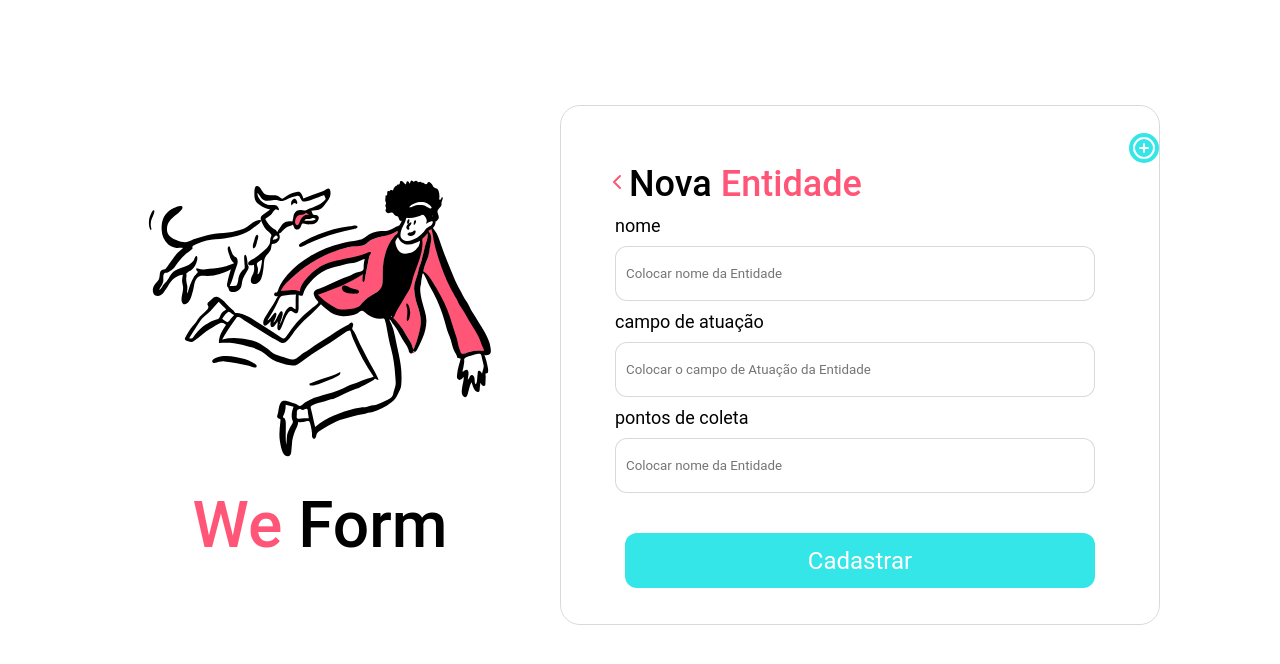
Repository: guilhermecardoso93/we-form
Page: nova-entidade.html
An editor plug-in stored every save of this project. The page is shown before and after the next save, followed by the edit.
The browser window is 1280 px wide. The pictures show the whole page.
Some web libraries are served in a nearby version.

Above is the page before, as saved 2024-06-09 18:27:50.

### nova-entidade.html
<!DOCTYPE html>
<html lang="pt-BR">

    <head>
        <meta charset="UTF-8">
        <meta name="viewport" content="width=device-width, initial-scale=1.0">
        <link rel="stylesheet"
            href="https://cdnjs.cloudflare.com/ajax/libs/font-awesome/5.13.1/css/all.min.css">
        <link rel="stylesheet" href="./styles.css">
        <title>We Form</title>
    </head>

    <body>
        <div class="content">

            <aside>
                <img src="./assets/hero.svg"
                    alt="Ilustração mulher com cachorro" />
                <h1>
                    <span>We</span> Form
                </h1>
            </aside>

            <main>
                <div class="header">
                    <a href="/">
                        <img src="./assets/arrow-back.svg" alt="seta" />
                        </a href="/">
                        <h2>Nova <span>Entidade</span></h2>
                    </div>

                    <form>
                        <label form="nome">Nome</label>
                        <input type="text"
                            placeholder="Colocar nome da Entidade" id="nome">

                        <label form="field">Campo de Atuação</label>
                        <input type="text"
                            placeholder="Colocar o campo de Atuação da Entidade"
                            id="field">

                        <div>
                            <label form="points">Pontos de coleta</label>
                            <div class="points-things">
                                <input type="text"
                                    placeholder="Colocar nome da Entidade"
                                    id="points">
                                <button>
                                    <img src="./assets/plus.svg" alt />
                                </button>
                            </div>

                        </div>
                    </form>
                    <div class="buttons">
                        <button>
                            <a href="http://">Cadastrar </a>
                        </div>

                    </main>
                </div>
            </body>

        </html>

### styles.css
* {
  padding: 0;
  margin: 0;
  box-sizing: border-box;
  font-family: Roboto, sans-serif;
}

:root {
  font-size: 62.5%;
  --border-color: .1rem solid rgba(0, 0, 0, 0.15);
}

body {
  font-size: 1.6rem;
  text-decoration: none;
}

.content {
  display: flex;
  flex-wrap: wrap-reverse;
  align-items: center;
  justify-content: center;
  gap: 4rem;
  margin: 10.5rem 0 4rem 0;
}


aside {
  display: flex;
  flex-direction: column;
  align-items: center;
  justify-content: center;
  gap: 2rem;
}

aside h1 {
  font-size: 6.4rem;
  font-weight: 500;
  line-height: 75px;
}

aside h1>span, main h2>span {
  color: #FF5678;
}

aside img {
  width: 40rem;
}


main {
  width: 60rem;
  height: 52rem;
  border: var(--border-color);
  border-radius: 20px;
  padding: 5.7rem 4.4rem;
  position: relative;
}

main h2 {
  max-width: 43rem;
  font-size: 3.6rem;
  font-weight: 500;
}

.buttons {
  display: flex;
  flex-direction: column;
  justify-content: center;
  gap: 3.5rem;
  margin: 2rem;
}


.buttons button {
  background-color: #35e6e9;
  height: 5.5rem;
  border: none;
  border-radius: 12px;
}

.buttons button:hover {
  opacity: 0.5;
}

.buttons button a {
  text-decoration: none;
  color: #fff;
  font-size: 2.4rem;
}

.buttons button+button {
  background-color: #FF5678;
}

.footer {
  display: flex;
  flex-direction: column;
  align-items: center;
  justify-content: center;
  gap: 1rem;
}

.footer p {
  font-size: 1.6rem;
  margin-top: 8rem;
}

.footer a {
  font-size: 1.2rem;
  color: #000;
  text-decoration: none;
}

main form {
  display: flex;
  flex-direction: column;
  padding: 1rem;
}

main form input {
  width: 48rem;
  height: 5.5rem;
  background-color: #ffff;
  border: var(--border-color);
  border-radius: 12px;
  padding: 1rem;
  margin-bottom: 1rem;
}


main form label {
  font-size: 1.8rem;
  font-weight: 400;
  text-transform: lowercase;
  margin-bottom: 1rem;
  display: block;
}

.header {
  display: flex;
  align-items: center;
}

.points-things {
  display: flex;
  justify-content: space-between;
  align-items: center;
  gap: 0.5rem;
}

.points-things button {
  display: flex;
  border: none;
  border-radius: 50px;
  height: 30px;
  width: 30px;
  align-items: center;
  justify-content: center;
  background-color: #35e6e9;
  position: absolute;
  right: 0;
  top: 27px;
}

### assets/arrow-back.svg
<svg xmlns="http://www.w3.org/2000/svg" width="24" height="24" viewBox="0 0 24 24" fill="none" stroke="#FF5678" stroke-width="2" stroke-linecap="round" stroke-linejoin="round" class="lucide lucide-chevron-left"><path d="m15 18-6-6 6-6"/></svg>

### assets/plus.svg
<svg xmlns="http://www.w3.org/2000/svg" width="24" height="24" viewBox="0 0 24 24" fill="none" stroke="#fff" stroke-width="2" stroke-linecap="round" stroke-linejoin="round" class="lucide lucide-circle-plus"><circle cx="12" cy="12" r="10"/><path d="M8 12h8"/><path d="M12 8v8"/></svg>

After the next save:
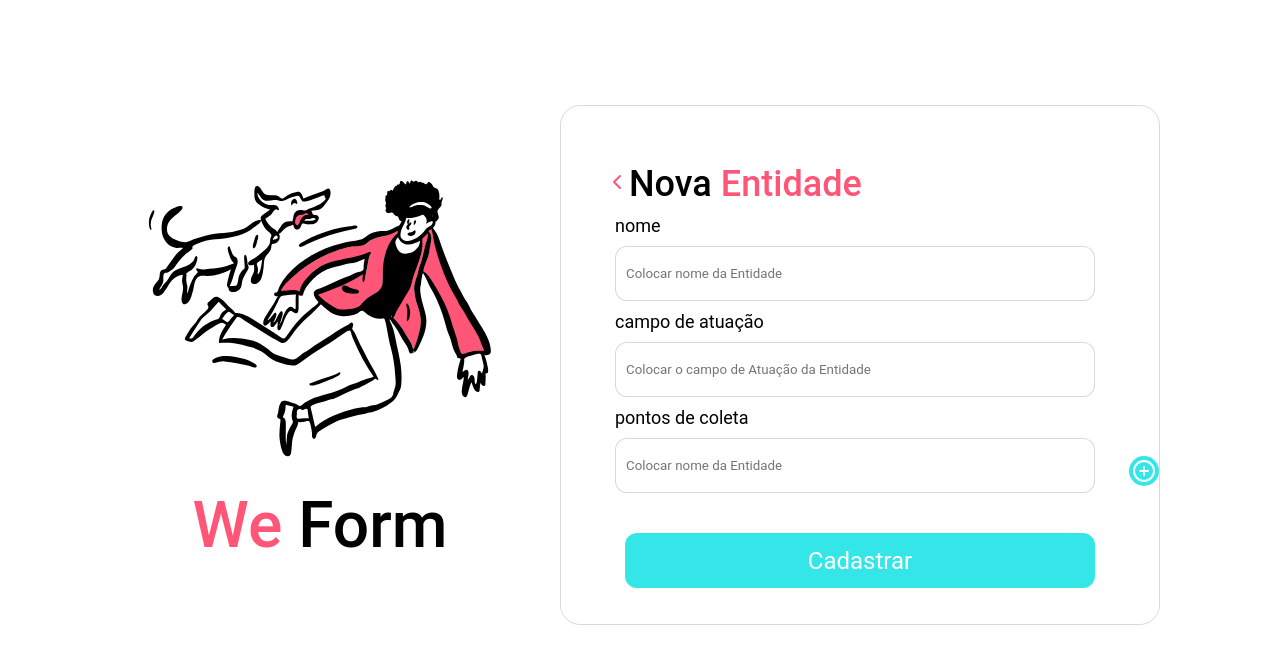
Saved 14 s later.
--- a/styles.css
+++ b/styles.css
@@ -160,5 +160,5 @@ main form label {
   background-color: #35e6e9;
   position: absolute;
   right: 0;
-  top: 27px;
+
 }

After the save that followed:
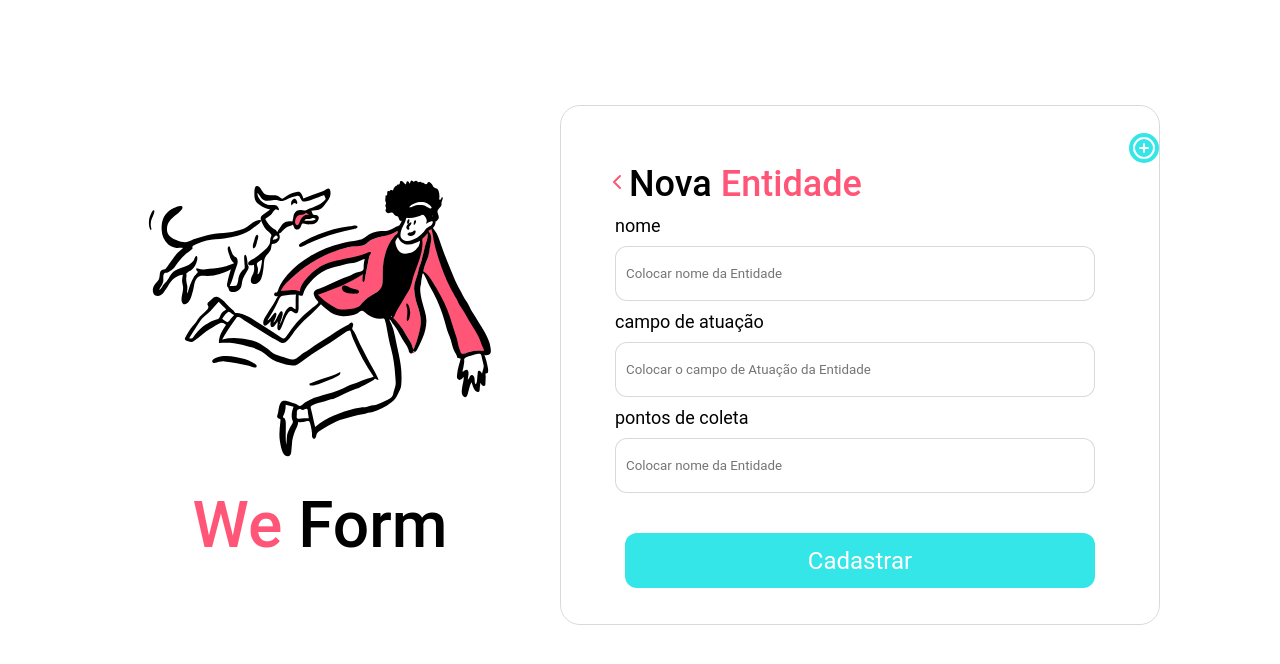
Saved 23 s later.
--- a/styles.css
+++ b/styles.css
@@ -160,5 +160,5 @@ main form label {
   background-color: #35e6e9;
   position: absolute;
   right: 0;
-
+  top: 2.7rem;
 }
